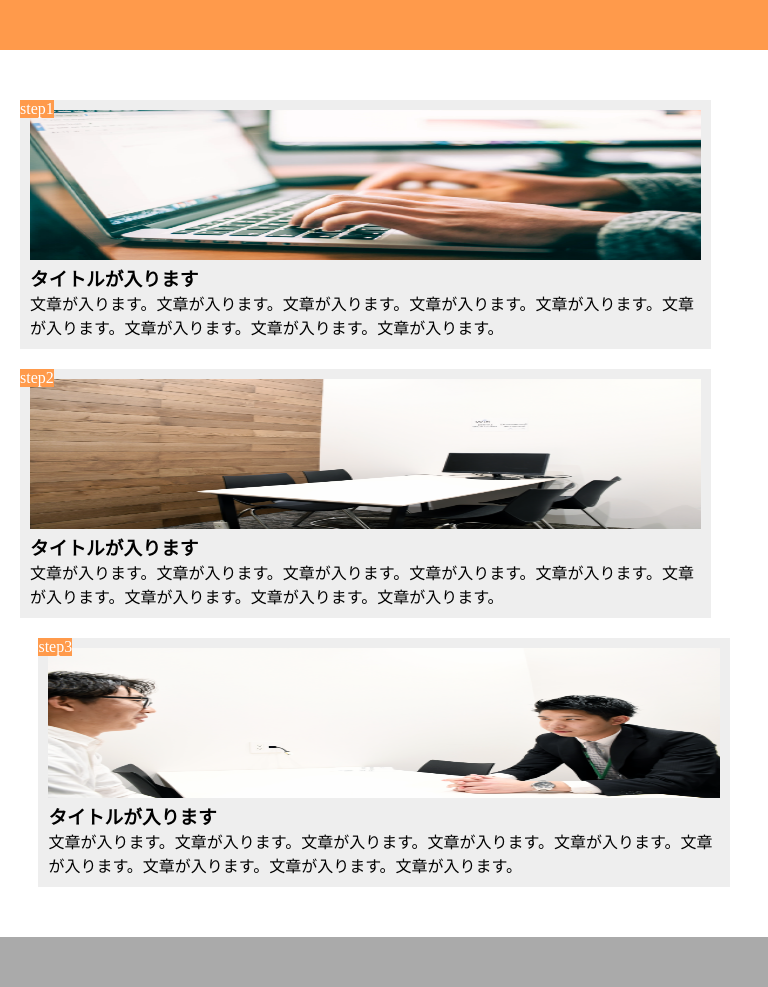
Repository: takuromiyazaki/kadai
Page: 課題１/課題１.html
The author's editor kept a record of every edit. The page is drawn from the files as they stood at one moment, then again after the next edit.
The browser window is 768 px wide. The pictures show the whole page.

Above is the page before.

### 課題１/課題１.html
<!DOCTYPE html>
<html lang="ja">
  <head>
   <meta charset="UTF-8"/>
   <meta name="viewport" content="width=device-width,initial-scale=1.0">
   <link rel="stylesheet" href="課題１.css"/>
   <title>課題１</title>
 </head>

 <body>
   <header>
   </header>
   <main>
     <div class="step-box">
         <img class="step-img1" src="img/flow01.png" />
         <div class="step-number"><p>step1</p></div>
         <h3>タイトルが入ります</h3>
         <p>文章が入ります。文章が入ります。文章が入ります。文章が入ります。文章が入ります。文章が入ります。文章が入ります。文章が入ります。文章が入ります。</p>

        </div>
     <div class="step-box">
        <img class="step-img2" src="img/flow02.png" />
        <div class="step-number"><p>step2</p></div>
        <h3>タイトルが入ります</h3>
         <p>文章が入ります。文章が入ります。文章が入ります。文章が入ります。文章が入ります。文章が入ります。文章が入ります。文章が入ります。文章が入ります。</p>
     </div>
     <div class="step-box">
        <img class="step-img3" src="img/flow03.png" />
        <div class="step-number"><p>step3</p></div>
<h3>タイトルが入ります</h3>
         <p>文章が入ります。文章が入ります。文章が入ります。文章が入ります。文章が入ります。文章が入ります。文章が入ります。文章が入ります。文章が入ります。</p>
     </div>


     </div>
   </main>
   <footer></footer>
 </body>

### 課題１/課題１.css
*{
  margin: 0;
  padding: 0;
  box-sizing: border-box;
}
header {
  height: 50px;
  background-color: #ff9a4b;
}
main {
  width: 960px;
  margin: 50px auto;
  display: flex;
}
.step-box {
  width: 300px;
  margin-right: 30px;
  padding: 10px;
  position: relative;
  background-color: #eee;
}
.step-box:last-child {
  margin-right: auto;
  margin-left: auto;
}
.step-img1 {
  width: 280px;
  height: 150px;
  background-image: url(img/flow01.png);
  background-position: bottom;
  background-size: cover;
}
.step-img2 {
  width: 280px;
  height: 150px;
  background-image: url(img/flow02.png);
  background-size: cover;
}
.step-img3 {
  width:280px;
  height: 150px;
  background-image: url(img/flow03.png);
  background-size: cover;
}
.step-number {
  position: absolute;
  top: 0;
  left: 0;
  background-color: #ff9a4b;
  color: #fff;
}
footer {
  height: 50px;
  background-color: #AAAAAA;
}
@media screen and (max-width: 768px) {
  header {
    width: 100%;
  }
  main {
    width: 100%;
    display: block;
  }
  .step-box {
    width: 90%;
    margin: 20px;
  }
  .step-img1 {
    width: 100%;
    margin: auto;
  }
  .step-img2 {
    width: 100%;
    margin: auto;
  }
  .step-img3 {
    width: 100%;
    margin: auto;
    }
}

After the next edit:
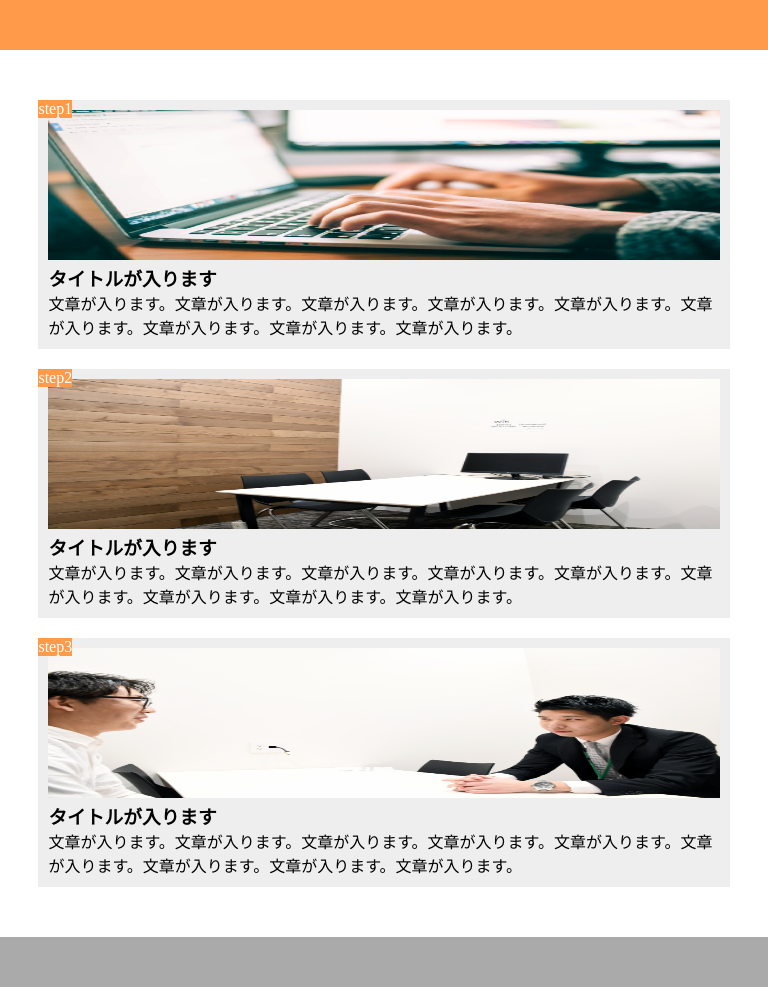
The edit:
--- a/課題１/課題１.css
+++ b/課題１/課題１.css
@@ -64,6 +64,8 @@
   .step-box {
     width: 90%;
     margin: 20px;
+    margin-right: auto;
+    margin-left: auto;
   }
   .step-img1 {
     width: 100%;
